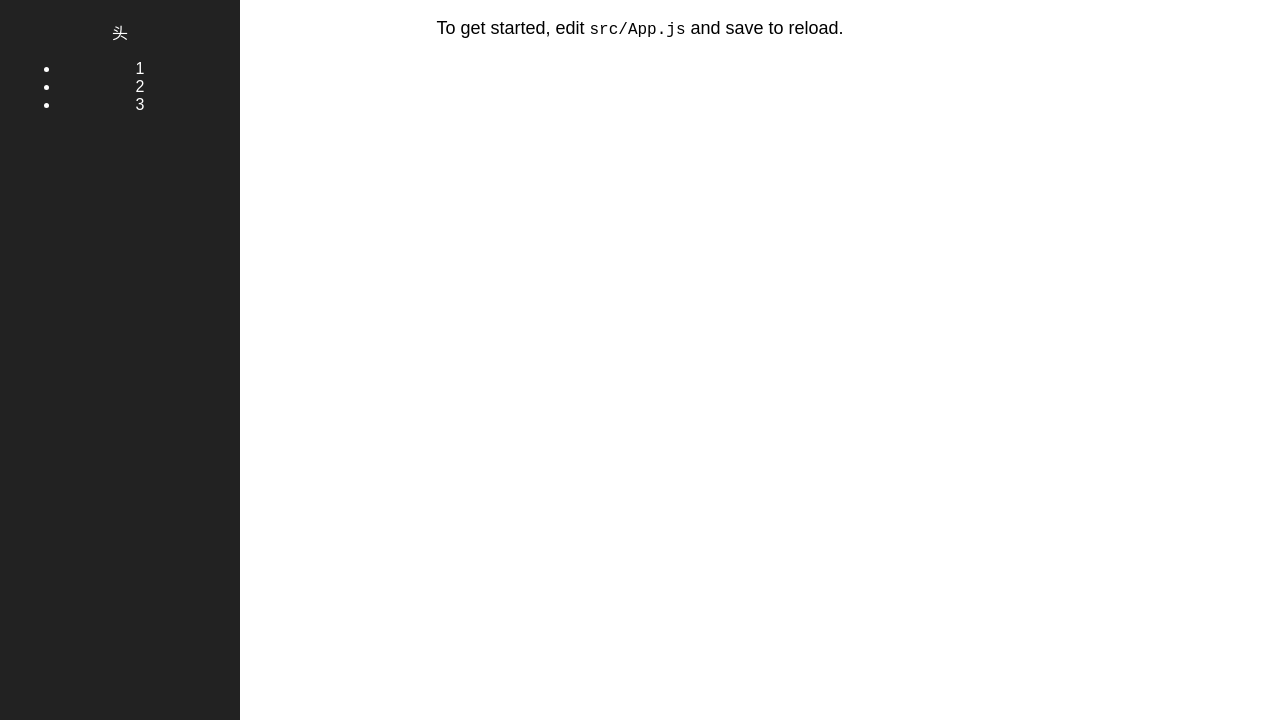
Repository: NotTooTwo/react_lenarn
Page: /
An editor plug-in stored every save of this project. The page is shown before and after the next save, followed by the edit.
The browser window is 1280 px wide. The pictures show the whole page.
The project was rebuilt for these pictures with package versions that can differ from the ones it lists, and the page was loaded fresh each time.

Above is the page before, as saved 2018-03-22 17:05:06.

After the next save:
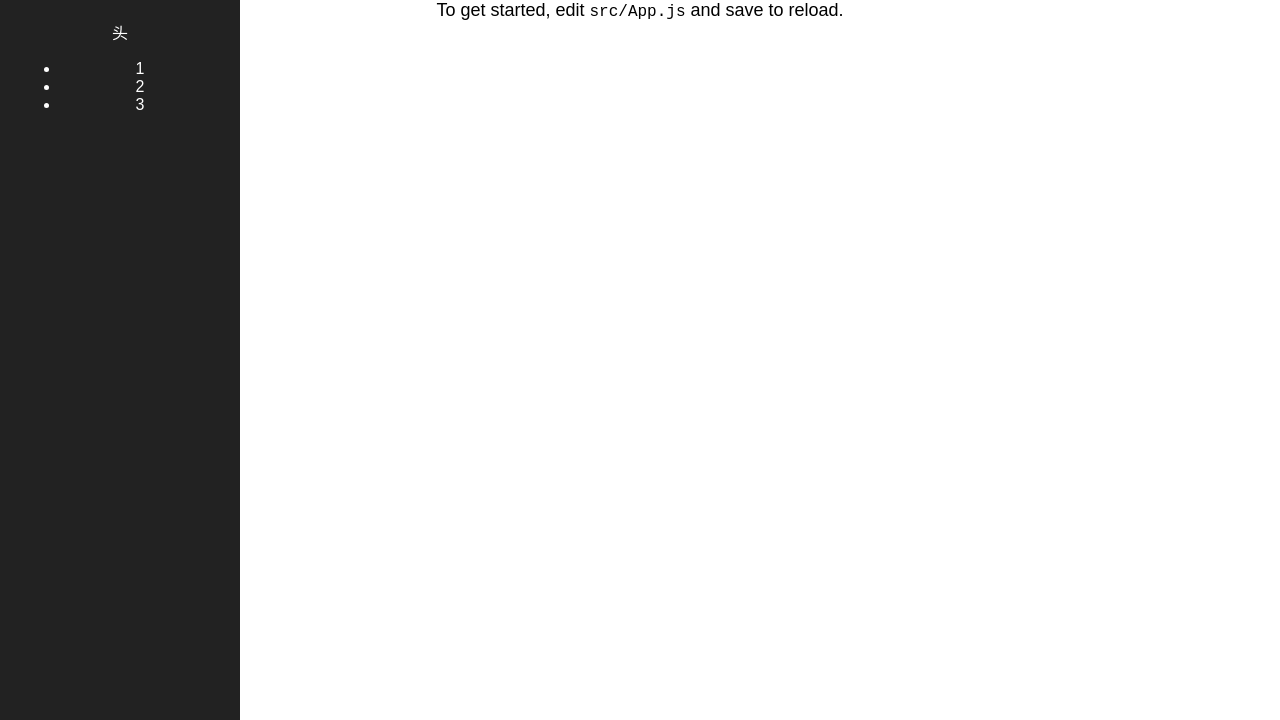
Saved 19 s later.
--- a/src/App.jsx
+++ b/src/App.jsx
@@ -14,9 +14,9 @@
               <li>3</li>
           </ul>
         </aside>
-        <p className="App-intro">
+        <div className="App-intro">
           To get started, edit <code>src/App.js</code> and save to reload.
-        </p>
+        </div>
       </div>
     );
   }
